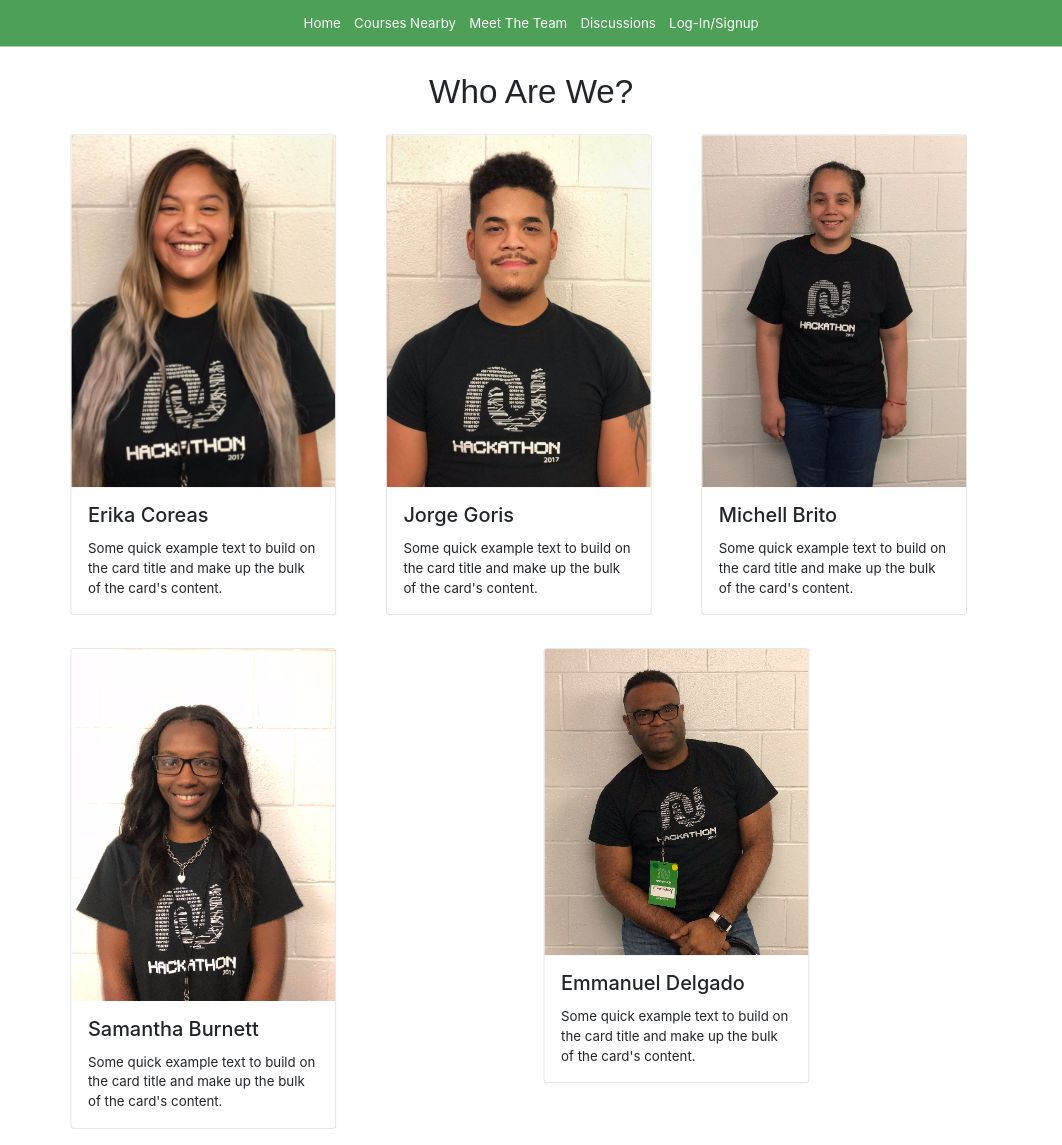
Repository: SamanthaBurnett/Hackathon2017
Page: meet_the_team.html
The author's editor kept a record of every edit. The page is drawn from the files as they stood at one moment, then again after the next edit.
The browser window is 1280 px wide. The pictures show the whole page, at 83% of full size.
Some web fonts or font styles are not loaded; a fallback is used.

Above is the page before.

### meet_the_team.html
<!DOCTYPE html>
<html>
  <head>
    <title>Meet The Team</title>
	<!--Required Meta Tags-->
	<meta charset="UTF-8">
	<meta name="viewport" content="width=device-width, initial-scale=1, shrink-to-fit=no">
	<!--Bootstrap 4-->
	<link rel="stylesheet" href="https://maxcdn.bootstrapcdn.com/bootstrap/4.0.0-beta.2/css/bootstrap.min.css" integrity="sha384-PsH8R72JQ3SOdhVi3uxftmaW6Vc51MKb0q5P2rRUpPvrszuE4W1povHYgTpBfshb" crossorigin="anonymous">
	<!--Custom Styles-->
	<link rel="stylesheet" type="text/css" href="assets/stylesheets/styles.css">
  </head>
  <body>
    <nav class="navbar navbar-expand-lg navbar-light bg-light">
        <button class="navbar-toggler" type="button" data-toggle="collapse" data-target="#navbarSupportedContent" aria-controls="navbarSupportedContent" aria-expanded="false" aria-label="Toggle navigation">
            <span class="navbar-toggler-icon"></span>
        </button>

        <div class="collapse navbar-collapse justify-content-center" id="navbarSupportedContent">
            <ul class="navbar-nav">
              <li class="nav-item">
                <a class="nav-link" href="index.html">Home</a>
              </li>
              <li class="nav-item">
                <a class="nav-link" href="coursesnearby.html">Courses Nearby</a>
              </li>
              <li class="nav-item">
                  <a class="nav-link" href="meet_the_team.html">Meet The Team</a>
              </li>
              <li class="nav-item">
                  <a class="nav-link" href="discussions.html">Discussions</a>
              </li>
              <li class="nav-item">
              <a class="nav-link" href="signin.html">Log-In/Signup</a>
              </li>
            </ul>
          </div>
     </nav>
     <div class="container meetTheTeam">
       <h1 class="text-center">Who Are We?</h1>
       <div class="row">
         <div class="col">
           <div class="card" style="width: 20rem;">
            <img class="card-img-top" src="assets/images/Erika.JPG" alt="Erika Image">
            <div class="card-body">
              <h4 class="card-title">Erika Coreas</h4>
              <p class="card-text">Some quick example text to build on the card title and make up the bulk of the card's content.</p>
            </div><!--end card-body-->
          </div><!--end card-->
         </div><!--end col-->
         <div class="col">
           <div class="card" style="width: 20rem;">
            <img class="card-img-top" src="assets/images/Jorge.JPG" alt="Jorge Image">
            <div class="card-body">
              <h4 class="card-title">Jorge Goris</h4>
              <p class="card-text">Some quick example text to build on the card title and make up the bulk of the card's content.</p>
            </div><!--end card-body-->
          </div><!--end card-->
         </div><!--end col-->
         <div class="col">
           <div class="card" style="width: 20rem;">
            <img class="card-img-top" src="assets/images/Michell.JPG" alt="Michell Image">
            <div class="card-body">
              <h4 class="card-title">Michell Brito</h4>
              <p class="card-text">Some quick example text to build on the card title and make up the bulk of the card's content.</p>
            </div><!--end card-body-->
          </div><!--end card-->
         </div><!--end col-->
         <div class="col">
           <div class="card" style="width: 20rem;">
            <img class="card-img-top" src="assets/images/samantha.jpg" alt="Samantha Image">
            <div class="card-body">
              <h4 class="card-title">Samantha Burnett</h4>
              <p class="card-text">Some quick example text to build on the card title and make up the bulk of the card's content.</p>
            </div><!--end card-body-->
          </div><!--end card-->
         </div><!--end col-->
         <div class="col">
           <div class="card" style="width: 20rem;">
            <img class="card-img-top" src="assets/images/Emmanuel.JPG" alt="Emmanuel Image">
            <div class="card-body">
              <h4 class="card-title">Emmanuel Delgado</h4>
              <p class="card-text">Some quick example text to build on the card title and make up the bulk of the card's content.</p>
            </div><!--end card-body-->
          </div><!--end card-->
         </div><!--end col-->
       </div><!--end row-->
     </div><!--end container-->



  </body>
</html>

### assets/stylesheets/styles.css
@import url('https://fonts.googleapis.com/css?family=Electrolize');


.font-headings{
  font-family: 'Electrolize', sans-serif;
  color: blue;
  text-shadow: 2px 2px #FFF;
  text-align: center;
}

/*----------------------------Navigation Styles------------------------------*/
.bg-light {
    background-color: #4CA156!important;
}

.navbar-light .navbar-nav .nav-link, .navbar-light .navbar-nav .nav-link:hover {
    color: white;
}
/*------------------------------Landing Page Styles--------------------------*/

#landing-header {
    z-index: 1;
    position: relative;
    text-align: center;
    padding-top: 40vh;
		background-size: cover;
		background-repeat: no-repeat;
	    -webkit-background-size: cover;
        -moz-background-size: cover;
        -o-background-size: cover;
}

#landing-header h1, #landing-header h2 {
    color: white;
    font-size: 45px;
    text-shadow: 0px 4px 3px rgba(0,0,0,0.4),
	         0px 8px 13px rgba(0,0,0,0.1),
			 0px 18px 23px rgba(0,0,0,0.1);
}

.landingbtn, .landingbtn:hover, landingbtn:visited, landingbtn:active {
  margin-top: 10px;
  padding: 10px 40px;
  border-radius: 5px;
  margin-bottom: 20px;
  background:
		linear-gradient(
			rgba(17, 89, 28, 0.45),
			rgba(17, 148, 138, 0.50)
		);
}

.heroSlide {
  width: 100%;
  height: 100%;
  position: absolute;
  list-style: none;
  margin: 0;
  padding: 0;
}


/*.heroSlide li { */
/*  width: 100%;*/
/*  height: 100%;*/
/*  position: absolute;*/
/*  background-size: cover;*/
/*  background-repeat: no-repeat;*/
/*  opacity: 0;*/
/*  animation: imageAnimation 20s linear infinite;*/
/*}*/

.heroSlide li:nth-child(1) {
    background:
		linear-gradient(
			rgba(17, 89, 28, 0.45),
			rgba(17, 148, 138, 0.50)
		),
  url(../images/teamimg1.jpg);
  width: 100%;
  height: 100%;
  position: absolute;
  background-size: cover;
  background-repeat: no-repeat;
  opacity: 0;
  animation: imageAnimation 20s linear infinite;

}
.heroSlide li:nth-child(2) {
    background:
		linear-gradient(
			rgba(17, 89, 28, 0.45),
			rgba(17, 148, 138, 0.50)
		),
  url(../images/teamimg2.jpg);
  width: 100%;
  height: 100%;
  position: absolute;
  background-size: cover;
  background-repeat: no-repeat;
  opacity: 0;
  animation-delay: 5s;
  animation: imageAnimation 20s linear infinite;
}
.heroSlide li:nth-child(3) {
    background:
		linear-gradient(
			rgba(17, 89, 28, 0.45),
			rgba(17, 148, 138, 0.50)
		),
  url(../images/teamimg3.jpg);
  width: 100%;
  height: 100%;
  position: absolute;
  background-size: cover;
  background-repeat: no-repeat;
  opacity: 0;
  animation-delay: 10s;
  animation: imageAnimation 20s linear infinite;
}

@keyframes imageAnimation {
  0% {
    opacity: 0;
    animation-timing-function: ease-in;
  }
  10% {
    opacity: 1;
    animation-timing-function: ease-out;
  }
  20% {
    opacity: 1
  }
  30% {
    opacity: 1
  }
}

/*---------------------Index Styles--------------------------------------*/

.maincontent h1 {
  padding-bottom: 40px;
}


.WhatCanYouDo, .contentAndTrending {
    margin-top: 100px;
    margin-bottom: 100px;
}

.WhatCanYouDo i {
    color: black;
}

/*---------------------------Content and Trending Styles----------------*/

.maincontent {
    position: relative;
}

.contentAndTrending .col {
    margin: 20px;
}






/*-------------------------Meet The Team Styles----------------------------*/

.meetTheTeam h1 {
  margin-top: 30px;
}
.card {
  margin-bottom: 20px;
  margin-top: 20px;
}










/*------------------------Discussions----------------------*/
.main-box{
  margin:10px;
  height:200px;
  display:flex;
  justify-content:center;
}

.photo-box{
  margin:10px;
  padding:5px;
  height:80px;
  width:90px;
  border:2px solid #4CA156;
  display:flex;
  justify-content: flex-start;
  align-items: center;
  background-color:#FFFFFF;
}

.photo-box i {
  color: black;
  align-items: center;
}

.text-box{
  margin:10px;
  padding:10px;
  height:150px;
  width:800px;
  background-color:#FFFFFF;
  border:2px solid #4CA156;
}

/*------------------------COURSES NEARBY----------------------*/
.center-div
{
   margin: 0 auto;
   width: 100px;
}

.text-center{
  font-family:'Electrolize', sans-serif;

}


/*----------------------------Sign In Form Styles--------------------*/

.form-row {
  padding-top: 20px;
  padding-bottom: 20px;
}

.form-control:focus {
  border: 3px solid #4CA156;
  outline: none;
  box-shadow: none;
}

.maincontent h1 {
  margin-top: 30px;
}

.maincontent h4 {
  margin-bottom: 30px;
}

/*--------------------------Footer Styles-------------------------*/
footer {
    background-color: #4CA156;
}

i {
    color: white;
    padding: 30px 15px;
}

After the next edit:
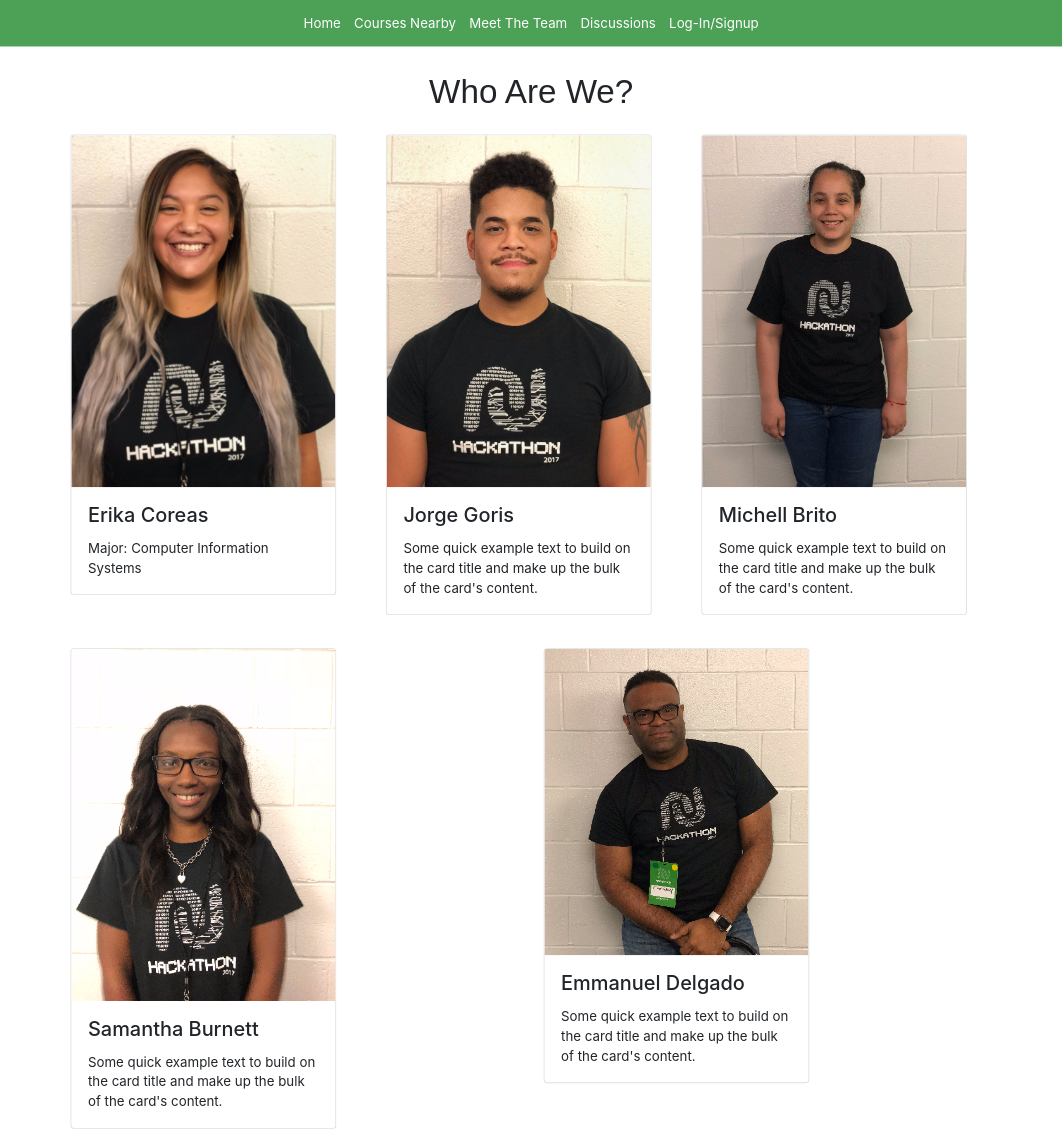
The edit:
--- a/meet_the_team.html
+++ b/meet_the_team.html
@@ -44,7 +44,7 @@
             <img class="card-img-top" src="assets/images/Erika.JPG" alt="Erika Image">
             <div class="card-body">
               <h4 class="card-title">Erika Coreas</h4>
-              <p class="card-text">Some quick example text to build on the card title and make up the bulk of the card's content.</p>
+              <p class="card-text">Major: Computer Information Systems</p>
             </div><!--end card-body-->
           </div><!--end card-->
          </div><!--end col-->
